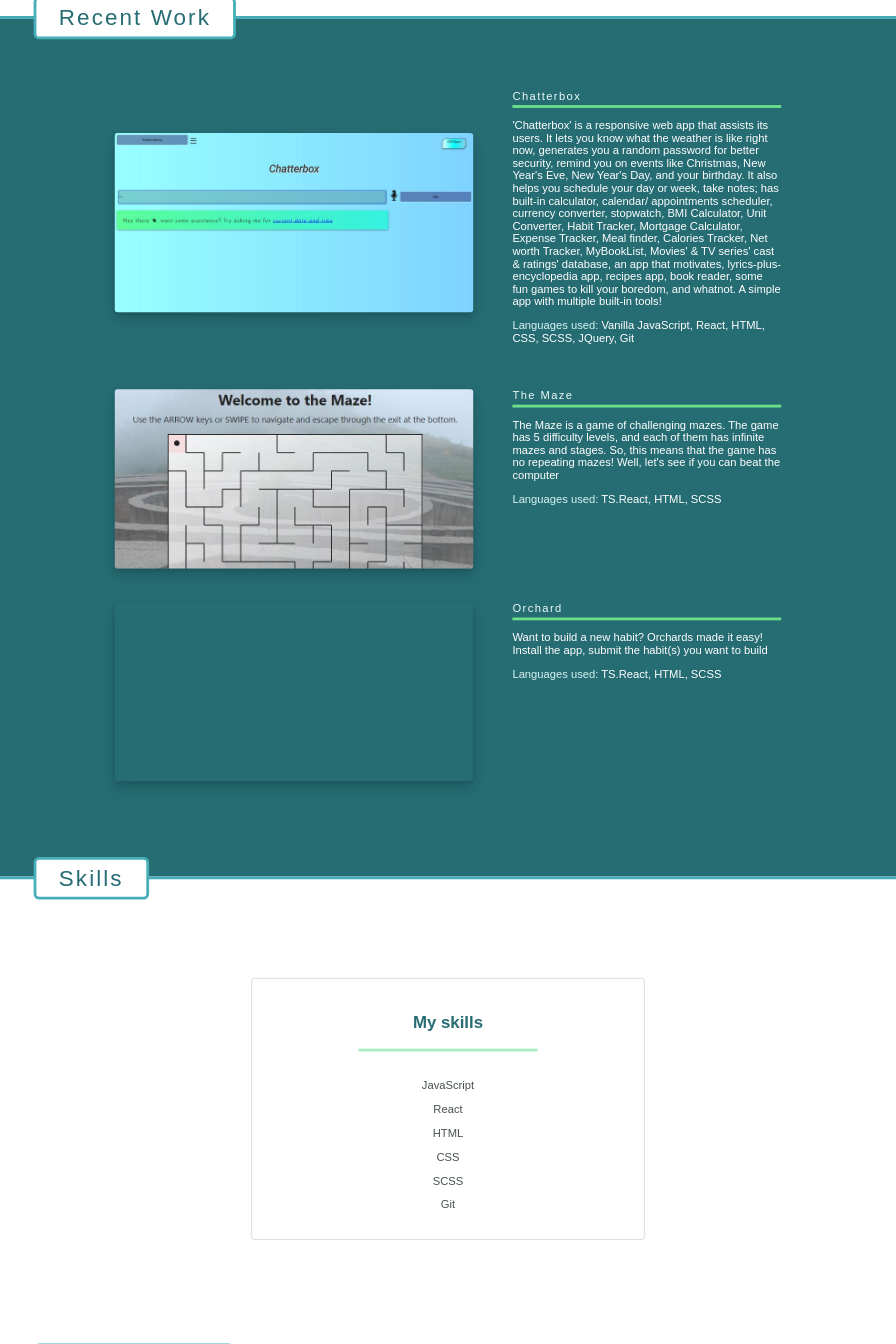
Repository: Abbaskhurram255/port
Page: /
These files come from the project's save history. The page is drawn as it stood at one moment and after the next save; the edit follows.
The browser window is 1280 px wide. The pictures show the part of the page from y = 843 to 2763 px (the page is 3086 px tall), at 70% of full size.
The page's requests for data from a server got no answer. Some web fonts or font styles are not loaded; a fallback is used. Some web libraries are served in a nearby version. The project was rebuilt for these pictures with package versions that can differ from the ones it lists, and the page was loaded fresh each time. No one was signed in, and anything a server would have sent is missing.

Above is the page before, as saved 2021-01-01 23:01:16.

After the next save:
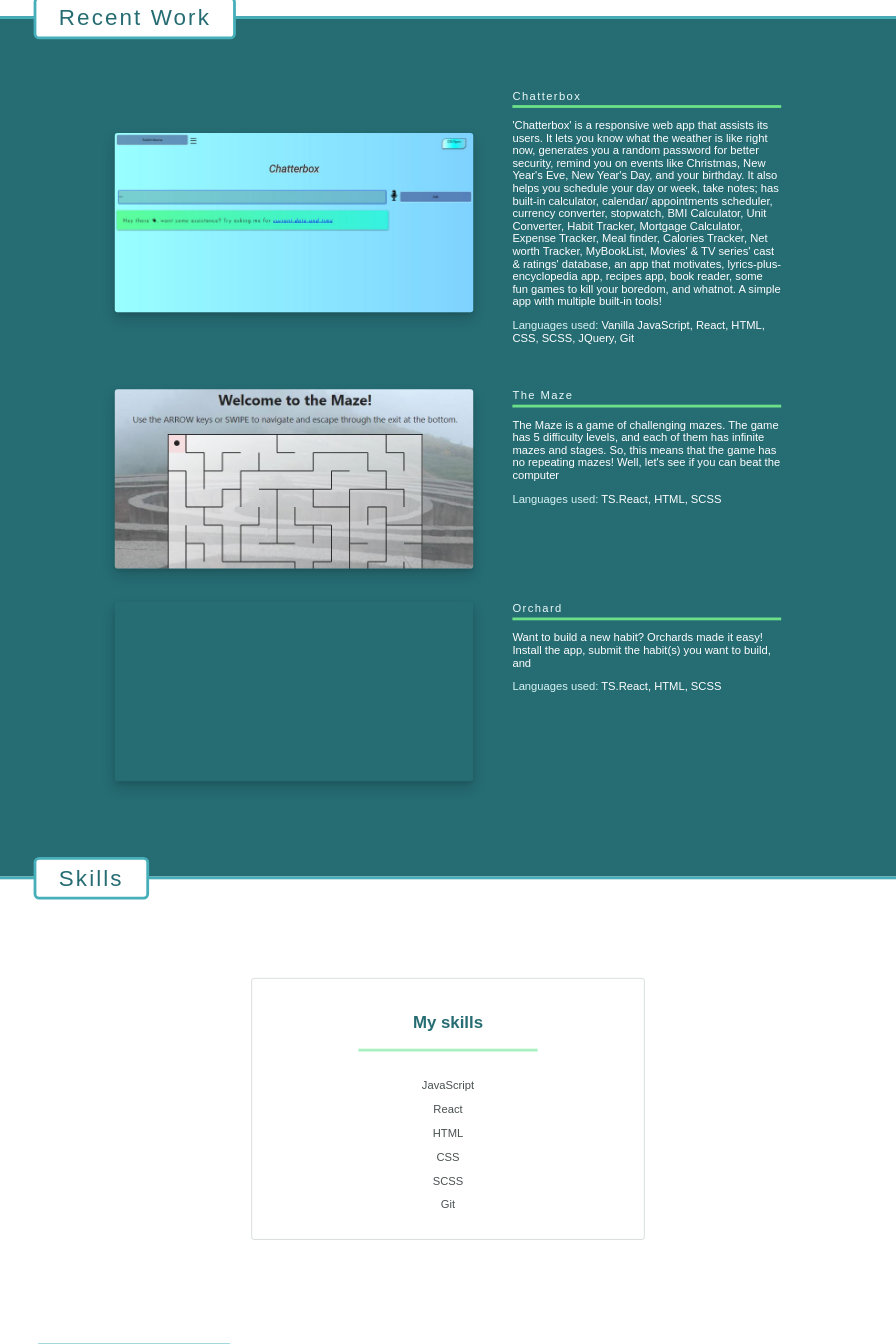
Saved 14 s later.
--- a/src/utils/data.ts
+++ b/src/utils/data.ts
@@ -32,7 +32,7 @@
   },
   {
     description:
-      "Want to build a new habit? Orchards made it easy! Install the app, submit the habit(s) you want to build",
+      "Want to build a new habit? Orchards made it easy! Install the app, submit the habit(s) you want to build, and ",
     image: "orchard",
     name: "Orchard",
     androidVLink: "https://github.com/Abbaskhurram255/habit-builder/raw/main/android/orchard.apk?raw=true",
